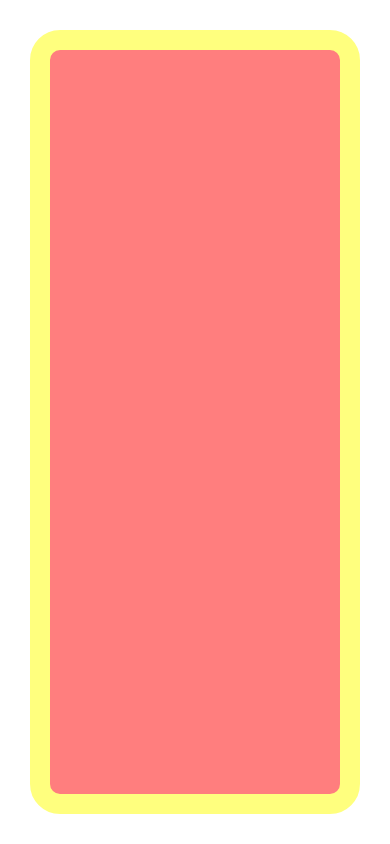
Repository: akinmiday/ReactNativeApp
Screen: /
The author's editor kept a copy of each file at every save. The screen is drawn from the files as they stood at one save, then again after the next save.
The app was drawn by React Native's web renderer in a window 390 px wide. The project was rebuilt for these pictures with package versions that can differ from the ones it lists, and the page was loaded fresh each time.

Above is the screen before, as saved 2023-08-06 16:14:59.

### App.js
import { View, Text } from "react-native";
import styles from "./styles";
import { useState } from "react";

export default function App() {
  const { container } = styles;

  return (
    <View style={container}>
      <Text></Text>
    </View>
  );
}

### styles.js
import { StyleSheet } from "react-native";

const styles = StyleSheet.create({
  container: {
    backgroundColor: "red",
    flex: 1,
    padding: 20,
    margin: 30,
    borderColor: "yellow",
    borderRadius: 30,
    borderWidth: 20,
    opacity: 0.5,
  },
  input: {
    backgroundColor: "pink",
    marginTop: 20,
    padding: 20,
    marginTop: 20,
    marginBottom: 20,
  },
  text: {
    color: "red",
    fontSize: 20,
    fontFamily: "Arial",
    fontStyle: "italic",
    fontWeight: "normal",
    letterSpacing: 1,
    textAlign: "auto",
    textDecorationLine: "underline",
    textDecorationColor: "green",
    textTransform: "lowercase",
  },
  button: {
    backgroundColor: "yellow",
    padding: 15,
    alignItems: "center",
    width: "50%",
    alignSelf: "center",
    borderWidth: 5,
    borderColor: "green",
    marginTop: 20,
  },
  item: {
    backgroundColor: "yellow",
    padding: 20,
    marginVertical: 5,
  },
  header: {
    fontSize: 15,
  },
  title: {
    fontSize: 10,
  },
});

export default styles;

After the next save:
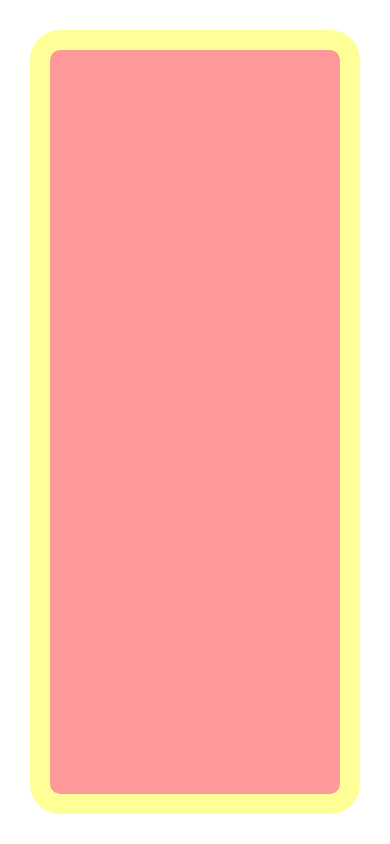
Saved 7 s later.
--- a/styles.js
+++ b/styles.js
@@ -9,7 +9,7 @@ const styles = StyleSheet.create({
     borderColor: "yellow",
     borderRadius: 30,
     borderWidth: 20,
-    opacity: 0.5,
+    opacity: 0.4,
   },
   input: {
     backgroundColor: "pink",
